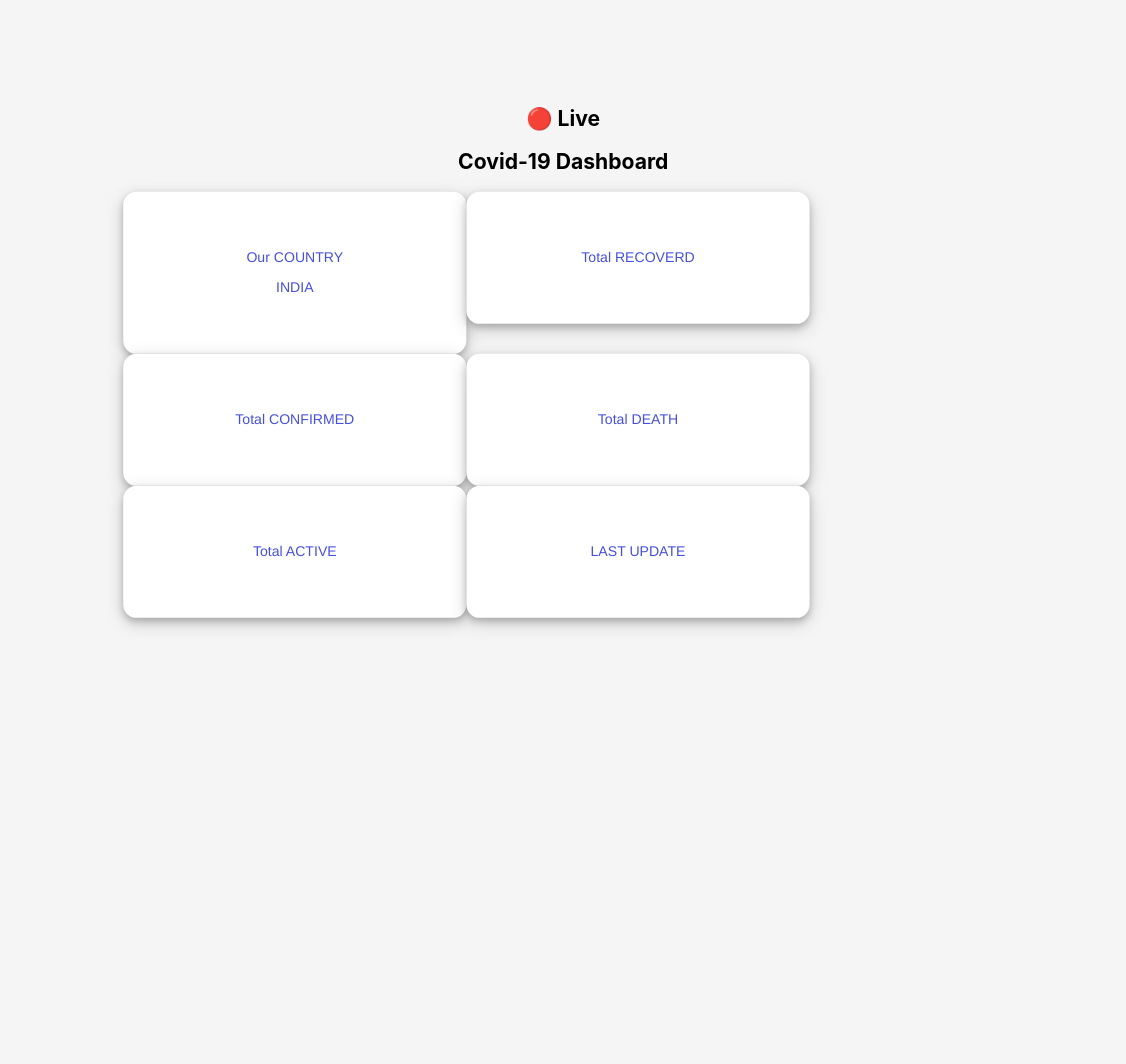
Repository: Aniketlamage/covid19-dashboard
Page: /
The author's editor kept a copy of each file at every save. The page is drawn from the files as they stood at one save, then again after the next save.
The browser window is 1280 px wide. The pictures show the whole page, at 88% of full size.
The page's requests for data from a server got no answer. The project was rebuilt for these pictures with package versions that can differ from the ones it lists, and the page was loaded fresh each time. No one was signed in, and anything a server would have sent is missing.

Above is the page before, as saved 2021-09-30 19:44:16.

### src/App.js
import React from 'react'
import Covid from './components/covid';
const App = () => {
return(
<>
<Covid />
</>
)
}

export default App;

### src/components/covid.js
import React, { useEffect, useState } from 'react'
import "./covid.css"

const Covid = () => {
    const [data, setData] =  useState([]);
    const getCovidData = async () =>{
        try{
            const res = await fetch('https://data.covid19india.org/data.json')
            const actualData = await res.json();
            console.log(actualData.statewise[0]);
            setData(actualData.statewise[0]);
           }
        catch(err){console.log(err);}
    }

    useEffect(() => {
        getCovidData ();
    }, []);
return(

<>
<section>

    <h1>🔴 Live </h1>
    <h2>Covid-19 Dashboard</h2>

<ul>
    <li className = "card">
        <div className ="card__main">
            <div className ="card__inner">
                <p className="card__name"><span> Our </span> COUNTRY </p>
                <p classname="card__total card__small">INDIA</p>
            </div>
        </div>
    </li>
    <li className = "card">
        <div className ="card__main">
            <div className ="card__inner">
                <p className="card__name"><span> Total </span> RECOVERD </p>
                <p classname="card__total card__small">{data.recovered}</p>
            </div>
        </div>
    </li><li className = "card">
        <div className ="card__main">
            <div className ="card__inner">
                <p className="card__name"><span> Total </span> CONFIRMED </p>
                <p classname="card__total card__small">{data.confirmed}</p>
            </div>
        </div>
    </li><li className = "card">
        <div className ="card__main">
            <div className ="card__inner">
                <p className="card__name"><span> Total </span> DEATH </p>
                <p classname="card__total card__small">{data.deaths}</p>
            </div>
        </div>
    </li><li className = "card">
        <div className ="card__main">
            <div className ="card__inner">
                <p className="card__name"><span> Total </span> ACTIVE </p>
                <p classname="card__total card__small">{data.active}</p>
            </div>
        </div>
    </li><li className = "card">
        <div className ="card__main">
            <div className ="card__inner">
                <p className="card__name"><span> LAST </span> UPDATE </p>
                <p classname="card__total card__small">{ data.lastupdatedtime}</p>
            </div>
        </div>
    </li>
</ul>
</section>
</>

)

}
export default Covid;

### src/components/covid.css

/*  Basic Styling */
.main,body {
    background-color: whitesmoke;
    padding: 100px;
    text-align: center;
    min-height: 100ch;
    align-items: center;

}

h1,h2{

    color: black;
}

p {
    color: #4650dd;
    font-family: 'Franklin Gothic Medium', 'Arial Narrow', Arial, sans-serif;
}

ul{
    list-style-type:none;
    display: flex;
    flex-wrap: wrap;
}
div.card__main {
    background-color: white;
    border-radius: 15px;
    width: 290px;
    padding: 50px;
    margin: 0;
    align-items: center;
    box-shadow: 0 4px 8px 0 rgba(0, 0, 0, 0.2), 0 6px 20px 0 rgba(0, 0, 0, 0.19);
 }



.card_name{
    font-size: 25px;
    font-weight: bold;
}

.card_name span {
    font-size: 15px;
}

.card_total {

    font-size: 20px;
    font-weight: bold;

}
.card__small {
    font-size: 80px;
}
@media (max-width: 500px)
{
    .card_total{font-size: 70px;}
}
@media (max-width: 500px)
{
    .card{
        width: 100%;
        height: 290px;
        margin-right: 0;
        float: none;
    }
    .card .card__inner,
    .card .card__back{
        height: 290px;
    }
}

.card {
    transition: transform .3s;
  }

  .card :hover {
    transition: transform .3s;
    -ms-transform: scale(1.2);
    -webkit-transform: scale(1.2);
    transform: scale(1.2);
  }

Loaded but not shown: public/index.html (common file); src/index.js (common file); src/index.css (common file); src/reportWebVitals.js (common file)

After the next save:
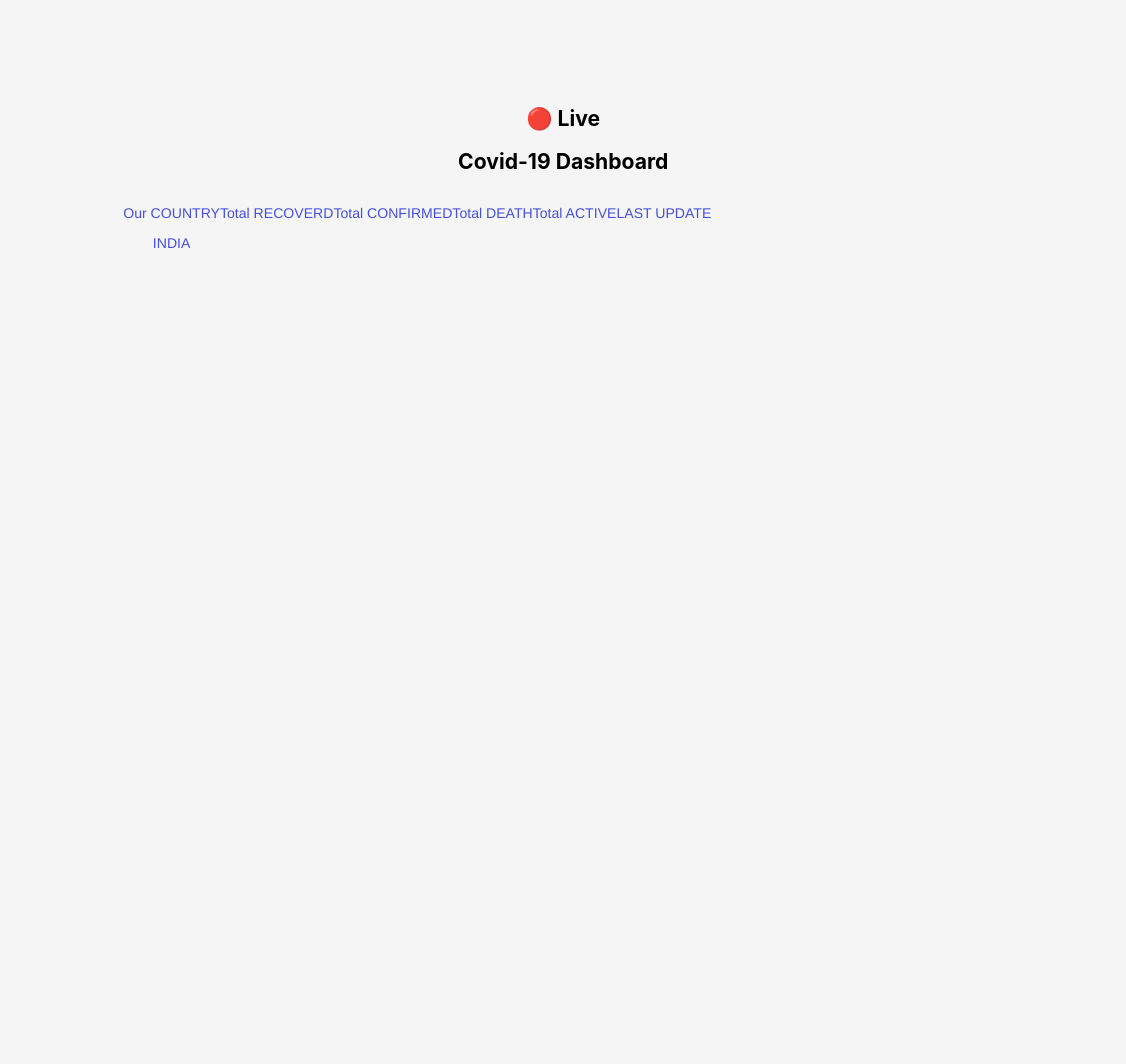
Saved 73 s later.
--- a/src/components/covid.js
+++ b/src/components/covid.js
@@ -26,7 +26,7 @@ return(
 
 <ul>
     <li className = "card">
-        <div className ="card__main">
+        <div className ="card__main1">
             <div className ="card__inner">
                 <p className="card__name"><span> Our </span> COUNTRY </p>
                 <p classname="card__total card__small">INDIA</p>
@@ -34,35 +34,35 @@ return(
         </div>
     </li>
     <li className = "card">
-        <div className ="card__main">
+        <div className ="card__main2">
             <div className ="card__inner">
                 <p className="card__name"><span> Total </span> RECOVERD </p>
                 <p classname="card__total card__small">{data.recovered}</p>
             </div>
         </div>
     </li><li className = "card">
-        <div className ="card__main">
+        <div className ="card__main3">
             <div className ="card__inner">
                 <p className="card__name"><span> Total </span> CONFIRMED </p>
                 <p classname="card__total card__small">{data.confirmed}</p>
             </div>
         </div>
     </li><li className = "card">
-        <div className ="card__main">
+        <div className ="card__main4">
             <div className ="card__inner">
                 <p className="card__name"><span> Total </span> DEATH </p>
                 <p classname="card__total card__small">{data.deaths}</p>
             </div>
         </div>
     </li><li className = "card">
-        <div className ="card__main">
+        <div className ="card__main5">
             <div className ="card__inner">
                 <p className="card__name"><span> Total </span> ACTIVE </p>
                 <p classname="card__total card__small">{data.active}</p>
             </div>
         </div>
     </li><li className = "card">
-        <div className ="card__main">
+        <div className ="card__main6">
             <div className ="card__inner">
                 <p className="card__name"><span> LAST </span> UPDATE </p>
                 <p classname="card__total card__small">{ data.lastupdatedtime}</p>
